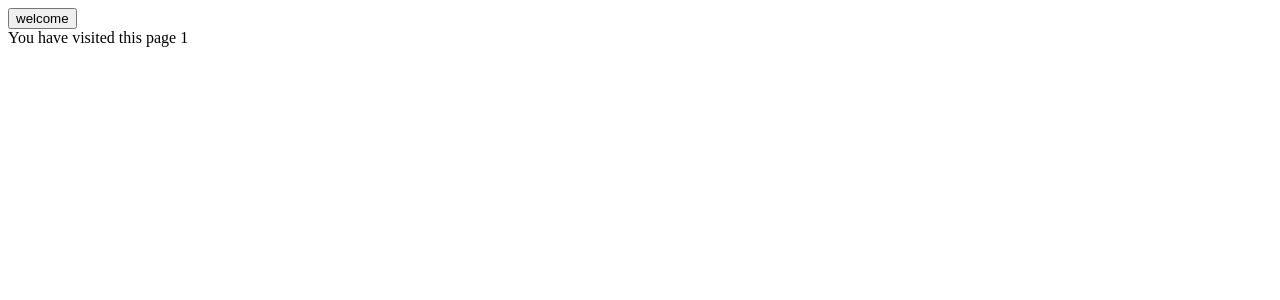
Repository: Hamzamshoaib/us2
Page: http://localhost/te_assignment_2/detail.jsp
These files come from the project's save history. The page is drawn as it stood at one moment and after the next save; the edit follows.
The browser window is 1280 px wide. The pictures show the whole page.
The page is served by Tomcat 9. Queries for data that is not in the repository find no rows.

Above is the page before, as saved 2015-05-09 11:25:47.

After the next save:
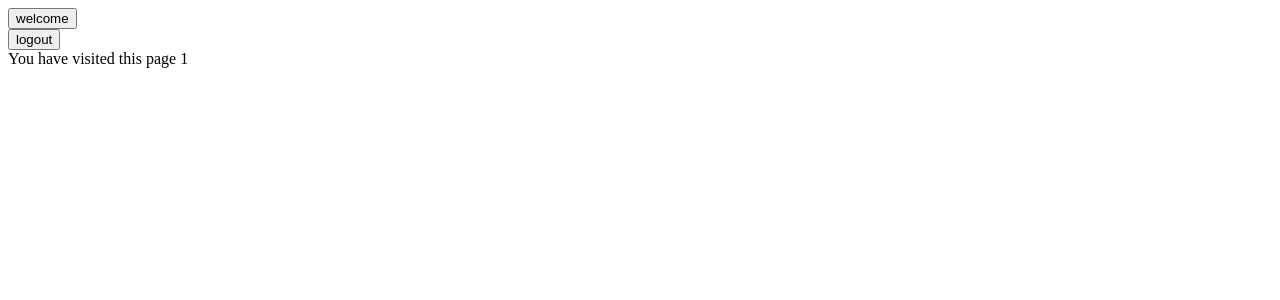
Saved 29 s later.
--- a/te_assignment_2/WebContent/detail.jsp
+++ b/te_assignment_2/WebContent/detail.jsp
@@ -20,6 +20,9 @@
 <form action="welcome.jsp">
 	<INPUT type="submit" value="welcome">
 </form>
+<form action="logout.jsp">
+	<INPUT type="submit" value="logout">
+</form>
 You have visited this page <%=counter %>
 </body>
 </html>
